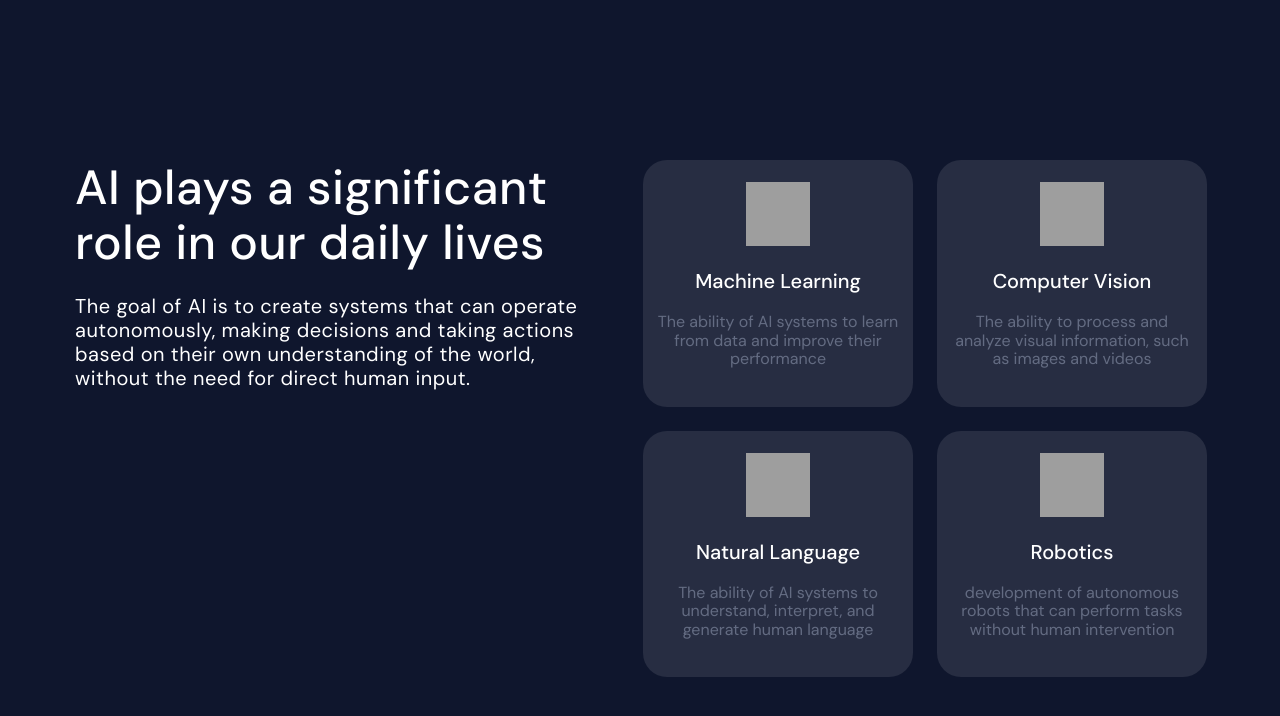
Repository: guli95/four-areas-of-AI-INVO-ACAdemy
Page: /
These files come from the project's save history. The page is drawn as it stood at one moment and after the next save; the edit follows.
The browser window is 1280 px wide. The pictures show the whole page.
Pictures or frames that could not be fetched are drawn as grey boxes. The project was rebuilt for these pictures with package versions that can differ from the ones it lists, and the page was loaded fresh each time.

Above is the page before, as saved 2023-03-13 15:23:02.

### index.html
<!DOCTYPE html>
<html lang="en">

<head>
  <meta charset="UTF-8" />
  <link rel="icon" type="image/svg+xml" href="/vite.svg" />
  <meta name="viewport" content="width=device-width, initial-scale=1.0" />
  <title>Four AI areas</title>
</head>

<!-- In order to start your challenge, remove all the content inside <div id="home-page"></div> and start coding :) -->

<body>
  <div id="home-page">
    <div class="flexbox-container">
      <div class="heading-wrapper">
        <h1 class="heading-title">AI plays a significant role in our daily lives</h1>
        <p class="heading-text">The goal of AI is to create systems that can operate autonomously, making decisions and taking actions based on their own understanding of the world, without the need for direct human input.</p>
      </div>
      <div class="card-container">
        <a href="" class="card-link">
        <div class="card">
          <img src="./public/images/card-icon1.png" alt="" class="card-img" role="presentation">
          <h3 class="card-title">Machine Learning</h3>
          <p class="card-text">The ability of AI systems to learn from data and improve their performance</p>
        </div>
        </a>
        <a href="" class="card-link">
        <div class="card">
          <img src="./public/images/card-icon2.png" alt="" class="card-img" role="presentation">
          <h3 class="card-title">Computer Vision</h3>
          <p class="card-text">The ability to process and analyze visual information, such as images and videos</p>
        </div>
        </a>
        <a href="" class="card-link">
        <div class="card">
          <img src="./public/images/card-icon3.png" alt="" class="card-img" role="presentation">
          <h3 class="card-title">Natural Language</h3>
          <p class="card-text">The ability of AI systems to understand, interpret, and generate human language</p>
        </div>
        </a>
        <a href="" class="card-link">
        <div class="card">
          <img src="./public/images/card-icon4.png" alt="" class="card-img" role="presentation">
          <h3 class="card-title">Robotics</h3>
          <p class="card-text">development of autonomous robots that can perform tasks without human intervention</p>
        </div>
        </a>
      </div>
    </div>
  </div>

  <script type="module" src="/src/global-scripts/main.js"></script>
</body>

</html>

### src/global-scripts/main.js
/// Main JavaScript File
/// Here we import all the global JavaScript files we need for our project.

import "../global-styles/style.scss";
import "../../src/pages/home-page/styles/home-page.scss";

### src/global-styles/style.scss
/// Main Styles File
/// Here we import all the global Styles files we need for our project.

@import "styles/normalize.scss";
@import "styles/root.scss";
@import "styles/fonts.scss";

body {
  font-family: 'DS sans', sans-serif;
  color: var(--color-primary);
}

p {
  color: var(--color-on-surface);
}

### src/pages/home-page/styles/home-page.scss
/// Homepage Styles File
/// Here we import all the Styles files we need for our Homepage.
@import '../../../global-styles/styles/_root.scss';

#home-page{
    color: var(--color-white);
    font-family: 'DM Sans',sans-serif;
    height: 100%;

 .flexbox-container{
    max-width: 1440px;
    padding: 0 20px;
    display: flex;
    justify-content: center;
    margin: 160px auto 0 auto;
    @media screen and (max-width:1024px) {
        flex-direction:column;
        align-items: center;
        gap:24px;
    }
    @media screen and (max-width:480px) {
        padding: 48px 16px;
    }
    .heading-wrapper{
        font-family: "DM Sans", sans-serif;
        text-align: left ;
        letter-spacing: 0.5px;
        vertical-align: top;
        max-width: 540px;
        padding-left: 30px;
        @media screen and (max-width:1024px) {
            width: 100%;
            padding: 0 16px;
        }
        .heading-title{
            font-size: var(--text-xl);
            font-weight: 500;
            line-height: 115%;
            margin: 0 0 24px 0;
            @media screen and (max-width:1024px) {
                margin-bottom: 16px;
            }
            @media screen and (max-width:1024px) {
                font-size: var(--text-l);
            }
        }
        .heading-text{
            font-size: var(--text-m);
            line-height: 24px;
            font-weight: 300;

        }
        @media screen and (max-width:480px) {
            font-size: var(--text-s);
        }
    }
    .card-container{
        display: flex;
        justify-content: center;
        flex-wrap: wrap;
        gap: 24px;
        max-width: 620px;
        @media screen and (max-width:1024px) {
            width: 100%;
            gap:16px;
        }
        .card-link{
            display: flex;
            color: var(--color-white);
            text-decoration: none;
            flex-direction: column;
            justify-content: space-around;
            align-items: center;
            width: 250px;
            padding: 22px 10px;
            background-color:var(--color-secondary-grey);
            text-align: center;
            border-radius: var(--rounding-big);
            transition: .2s;
            &:hover{
                background-color: lighten($color: #272D42, $amount: 10) ;
            }
            @media screen and (max-width:480px) {
                width: 100%;
            }
            .card-img{
                width: 64px;
                height: 64px;
                @media screen and (max-width:1024px) {
                    width: 56px;
                    height: 56px;
                }
            }
            .card-title{
                font-size: var(--text-m);
                font-weight: 500;
            }
            .card-text{
                font-size: var(--text-s);
                mix-blend-mode:soft-light;
                @media screen and (max-width:1024px) {
                    font-size: var(--text-xs);
                }
            }
        }

    }
}

}

### src/global-styles/styles/normalize.scss
/*! normalize.css v8.0.1 | MIT License | github.com/necolas/normalize.css */

/* Document
   ========================================================================== */

/**
 * 1. Correct the line height in all browsers.
 * 2. Prevent adjustments of font size after orientation changes in iOS.
 */

html {
  line-height: 1.15; /* 1 */
  -webkit-text-size-adjust: 100%; /* 2 */
  background-color: var(--color-primary-dark-blue);
}

/* Sections
   ========================================================================== */

/**
 * Remove the margin in all browsers.
 */

body {
  margin: 0;
}

/**
 * Render the `main` element consistently in IE.
 */

main {
  display: block;
}

/**
 * Correct the font size and margin on `h1` elements within `section` and
 * `article` contexts in Chrome, Firefox, and Safari.
 */

h1 {
  font-size: 2em;
  margin: 0.67em 0;
}

/* Grouping content
   ========================================================================== */

/**
 * 1. Add the correct box sizing in Firefox.
 * 2. Show the overflow in Edge and IE.
 */

hr {
  box-sizing: content-box; /* 1 */
  height: 0; /* 1 */
  overflow: visible; /* 2 */
}

/**
 * 1. Correct the inheritance and scaling of font size in all browsers.
 * 2. Correct the odd `em` font sizing in all browsers.
 */

pre {
  font-family: monospace, monospace; /* 1 */
  font-size: 1em; /* 2 */
}

/* Text-level semantics
   ========================================================================== */

/**
 * Remove the gray background on active links in IE 10.
 */

a {
  background-color: transparent;
}

/**
 * 1. Remove the bottom border in Chrome 57-
 * 2. Add the correct text decoration in Chrome, Edge, IE, Opera, and Safari.
 */

abbr[title] {
  border-bottom: none; /* 1 */
  text-decoration: underline; /* 2 */
  text-decoration: underline dotted; /* 2 */
}

/**
 * Add the correct font weight in Chrome, Edge, and Safari.
 */

b,
strong {
  font-weight: bolder;
}

/**
 * 1. Correct the inheritance and scaling of font size in all browsers.
 * 2. Correct the odd `em` font sizing in all browsers.
 */

code,
kbd,
samp {
  font-family: monospace, monospace; /* 1 */
  font-size: 1em; /* 2 */
}

/**
 * Add the correct font size in all browsers.
 */

small {
  font-size: 80%;
}

/**
 * Prevent `sub` and `sup` elements from affecting the line height in
 * all browsers.
 */

sub,
sup {
  font-size: 75%;
  line-height: 0;
  position: relative;
  vertical-align: baseline;
}

sub {
  bottom: -0.25em;
}

sup {
  top: -0.5em;
}

/* Embedded content
   ========================================================================== */

/**
 * Remove the border on images inside links in IE 10.
 */

img {
  border-style: none;
}

/* Forms
   ========================================================================== */

/**
 * 1. Change the font styles in all browsers.
 * 2. Remove the margin in Firefox and Safari.
 */

button,
input,
optgroup,
select,
textarea {
  font-family: inherit; /* 1 */
  font-size: 100%; /* 1 */
  line-height: 1.15; /* 1 */
  margin: 0; /* 2 */
}

/**
 * Show the overflow in IE.
 * 1. Show the overflow in Edge.
 */

button,
input { /* 1 */
  overflow: visible;
}

/**
 * Remove the inheritance of text transform in Edge, Firefox, and IE.
 * 1. Remove the inheritance of text transform in Firefox.
 */

button,
select { /* 1 */
  text-transform: none;
}

/**
 * Correct the inability to style clickable types in iOS and Safari.
 */

button,
[type="button"],
[type="reset"],
[type="submit"] {
  -webkit-appearance: button;
}

/**
 * Remove the inner border and padding in Firefox.
 */

button::-moz-focus-inner,
[type="button"]::-moz-focus-inner,
[type="reset"]::-moz-focus-inner,
[type="submit"]::-moz-focus-inner {
  border-style: none;
  padding: 0;
}

/**
 * Restore the focus styles unset by the previous rule.
 */

button:-moz-focusring,
[type="button"]:-moz-focusring,
[type="reset"]:-moz-focusring,
[type="submit"]:-moz-focusring {
  outline: 1px dotted ButtonText;
}

/**
 * Correct the padding in Firefox.
 */

fieldset {
  padding: 0.35em 0.75em 0.625em;
}

/**
 * 1. Correct the text wrapping in Edge and IE.
 * 2. Correct the color inheritance from `fieldset` elements in IE.
 * 3. Remove the padding so developers are not caught out when they zero out
 *    `fieldset` elements in all browsers.
 */

legend {
  box-sizing: border-box; /* 1 */
  color: inherit; /* 2 */
  display: table; /* 1 */
  max-width: 100%; /* 1 */
  padding: 0; /* 3 */
  white-space: normal; /* 1 */
}

/**
 * Add the correct vertical alignment in Chrome, Firefox, and Opera.
 */

progress {
  vertical-align: baseline;
}

/**
 * Remove the default vertical scrollbar in IE 10+.
 */

textarea {
  overflow: auto;
}

/**
 * 1. Add the correct box sizing in IE 10.
 * 2. Remove the padding in IE 10.
 */

[type="checkbox"],
[type="radio"] {
  box-sizing: border-box; /* 1 */
  padding: 0; /* 2 */
}

/**
 * Correct the cursor style of increment and decrement buttons in Chrome.
 */

[type="number"]::-webkit-inner-spin-button,
[type="number"]::-webkit-outer-spin-button {
  height: auto;
}

/**
 * 1. Correct the odd appearance in Chrome and Safari.
 * 2. Correct the outline style in Safari.
 */

[type="search"] {
  -webkit-appearance: textfield; /* 1 */
  outline-offset: -2px; /* 2 */
}

/**
 * Remove the inner padding in Chrome and Safari on macOS.
 */

[type="search"]::-webkit-search-decoration {
  -webkit-appearance: none;
}

/**
 * 1. Correct the inability to style clickable types in iOS and Safari.
 * 2. Change font properties to `inherit` in Safari.
 */

::-webkit-file-upload-button {
  -webkit-appearance: button; /* 1 */
  font: inherit; /* 2 */
}

/* Interactive
   ========================================================================== */

/*
 * Add the correct display in Edge, IE 10+, and Firefox.
 */

details {
  display: block;
}

/*
 * Add the correct display in all browsers.
 */

summary {
  display: list-item;
}

/* Misc
   ========================================================================== */

/**
 * Add the correct display in IE 10+.
 */

template {
  display: none;
}

/**
 * Add the correct display in IE 10.
 */

[hidden] {
  display: none;
}

### src/global-styles/styles/root.scss
/// Root Styles file
/// Here we define all the root variables we need for our project.
/// For examples see Material Design color system: https://m2.material.io/design/color/the-color-system.html

:root {
    $--color-primary-dark-blue: #0F162D !global;
    --color-primary-pink: #CA59FF;
    --color-primary-purple: #6C7CFF;
    --color-primary-green: #2AFFFF;
    --color-primary-yellow: #FFF629;
    --color-white: #FFFFFF;
    --color-black: #000;
    --color-secondary-grey:#272D42;

}

### src/global-styles/styles/fonts.scss
/// Main Fonts File
/// Here we import all the fonts files we need for our project.

@import url('https://fonts.googleapis.com/css2?family=Roboto:ital,wght@0,100;0,300;0,400;0,500;0,700;0,900;1,100;1,300;1,400;1,500;1,700;1,900&display=swap');
@import url('https://fonts.googleapis.com/css2?family=DM+Sans:wght@400;500&display=swap');

### src/global-styles/styles/_root.scss
/// Root Styles file
/// Here we define all the root variables we need for our project.
/// For examples see Material Design color system: https://m2.material.io/design/color/the-color-system.html

:root {
    //colors
    --color-primary-dark-blue: #0F162D ;
    --color-primary-pink: #CA59FF;
    --color-primary-purple: #6C7CFF;
    --color-primary-green: #2AFFFF;
    --color-primary-yellow: #FFF629;
    --color-white: #FFFFFF;
    --color-black: #000;
    --color-secondary-grey:#272D42;

    //font-size
    --text-xl:48px;
    --text-l:32px;
    --text-m:20px;
    --text-s:16px;
    --text-xs:14px;

    //rounding
    --rounding-big:24px;
    --rounding-small:16px;
}

After the next save:
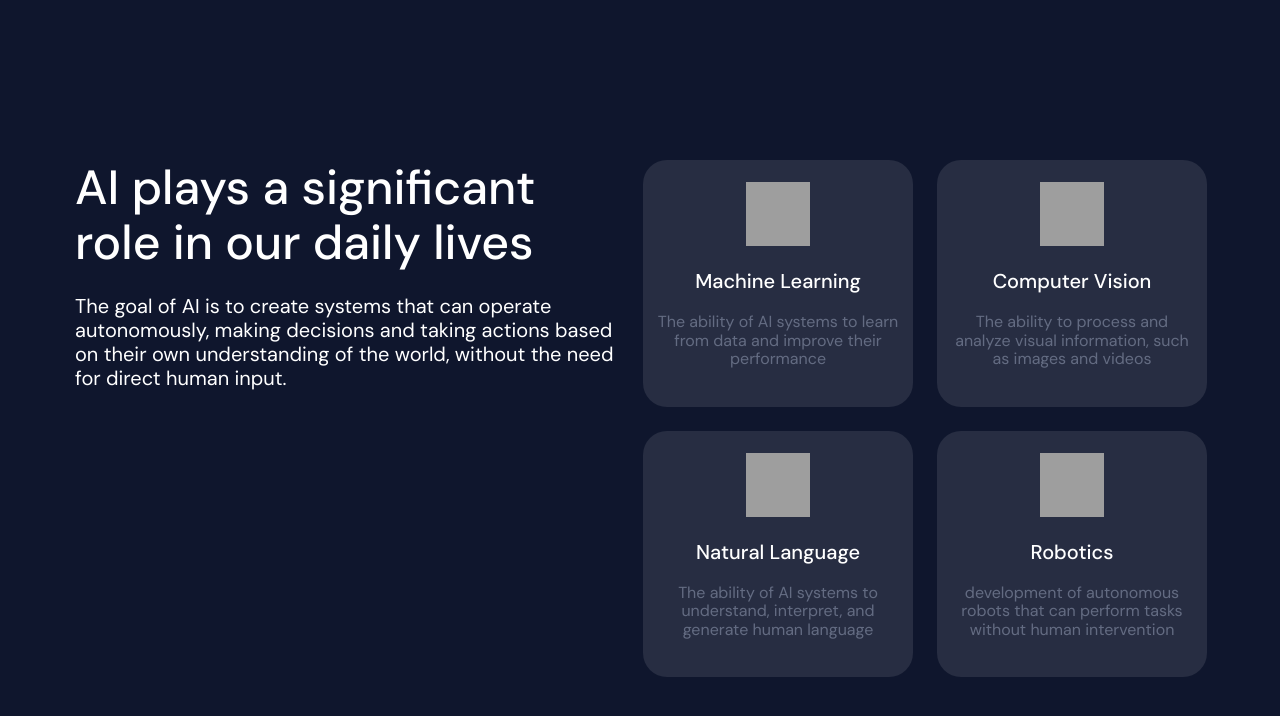
Saved 16 s later.
--- a/src/pages/home-page/styles/home-page.scss
+++ b/src/pages/home-page/styles/home-page.scss
@@ -24,7 +24,7 @@
     .heading-wrapper{
         font-family: "DM Sans", sans-serif;
         text-align: left ;
-        letter-spacing: 0.5px;
+        letter-spacing: 0.2%;
         vertical-align: top;
         max-width: 540px;
         padding-left: 30px;
